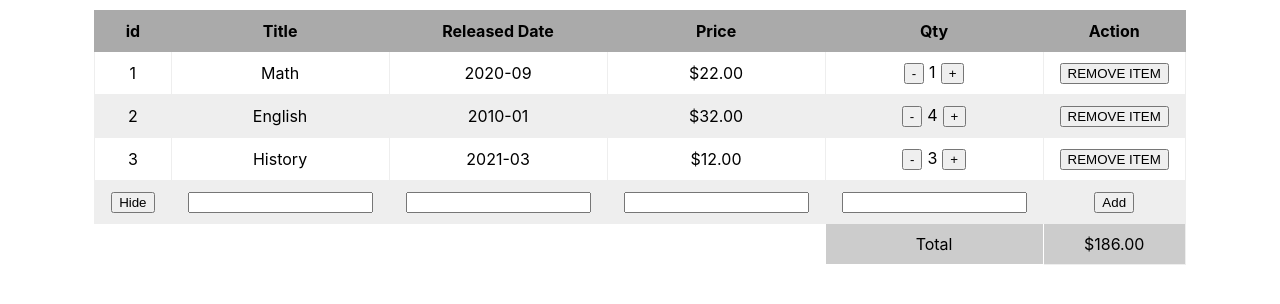
Repository: vgg1kkh/myBookStoreBasket
Page: /
An editor plug-in stored every save of this project. The page is shown before and after the next save, followed by the edit.
The browser window is 1280 px wide. The pictures show the whole page.
The project was rebuilt for these pictures with package versions that can differ from the ones it lists, and the page was loaded fresh each time.

Above is the page before, as saved 2021-10-07 21:21:33.

After the next save:
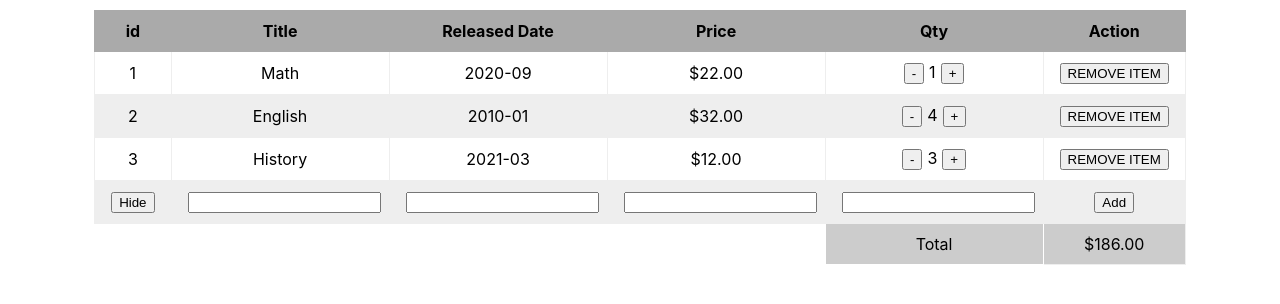
Saved 4 s later.
--- a/src/App.css
+++ b/src/App.css
@@ -37,6 +37,6 @@ table tbody tr:last-child td:nth-child(-n+5) {
 /* Add item */
 .add-new-item{
     display: block;
-    width: 100%
+    width: 100%;
     height: 100%;
 }
